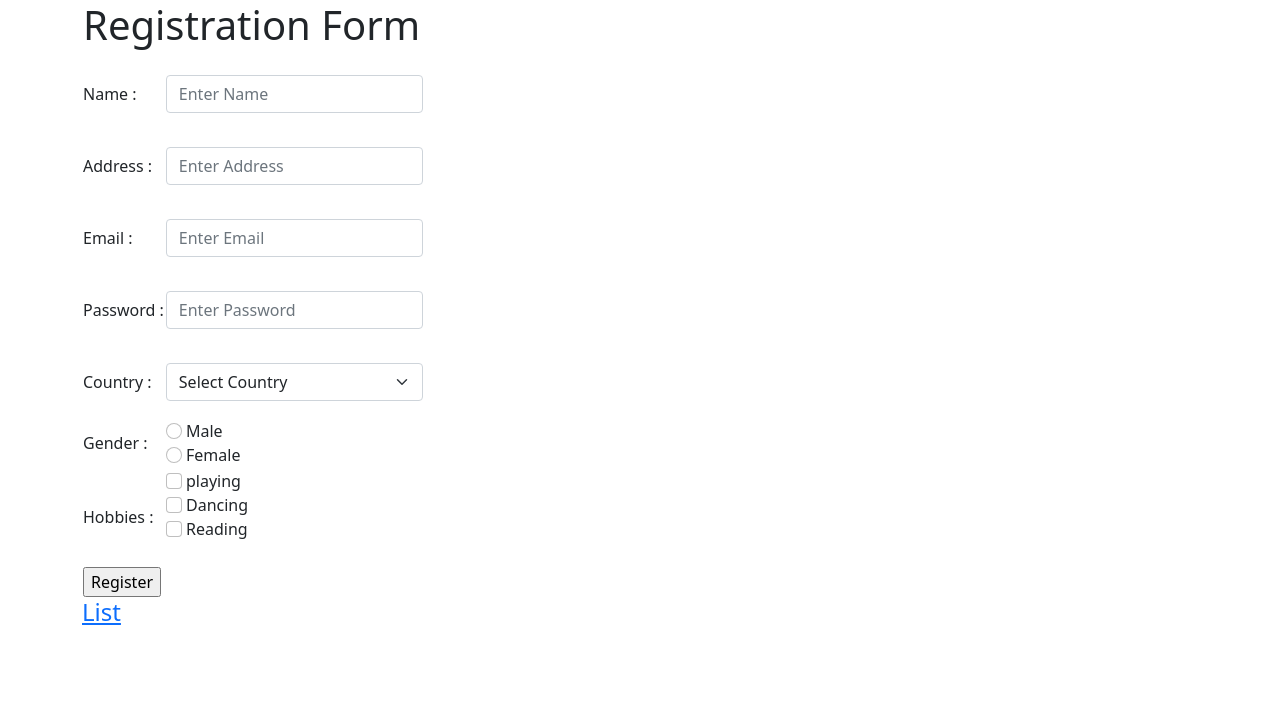
Repository: testuser85495/Java-Practical
Page: http://localhost/First_demo/
The author's editor kept a copy of each file at every save. The page is drawn from the files as they stood at one save, then again after the next save.
The browser window is 1280 px wide. The pictures show the whole page.
The page is served by Tomcat 9.

Above is the page before, as saved 2024-07-23 13:29:29.

After the next save:
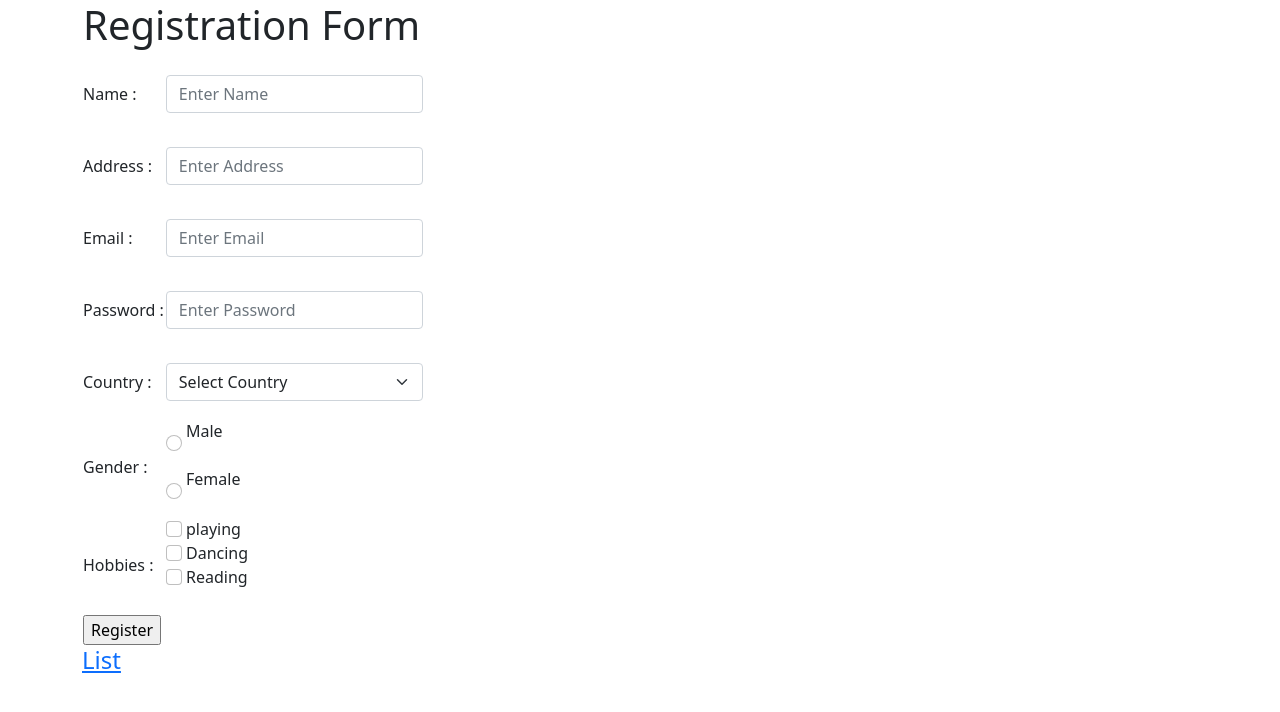
Saved 23 s later.
--- a/First_demo/src/main/webapp/index.jsp
+++ b/First_demo/src/main/webapp/index.jsp
@@ -69,8 +69,8 @@
 
 				<tr>
 					<td><label>Gender : </label></td>
-					<td><input type="radio" name="gender" value="male" class="form-check-input ">
-						Male<br> <input type="radio" name="gender" value="female" class="form-check-input">
+					<td><input type="radio" name="gender" value="male" class="form-check-input my-3">
+						Male<br> <input type="radio" name="gender" value="female" class="form-check-input my-3">
 						Female<br></td>
 				</tr>
 

After the save that followed:
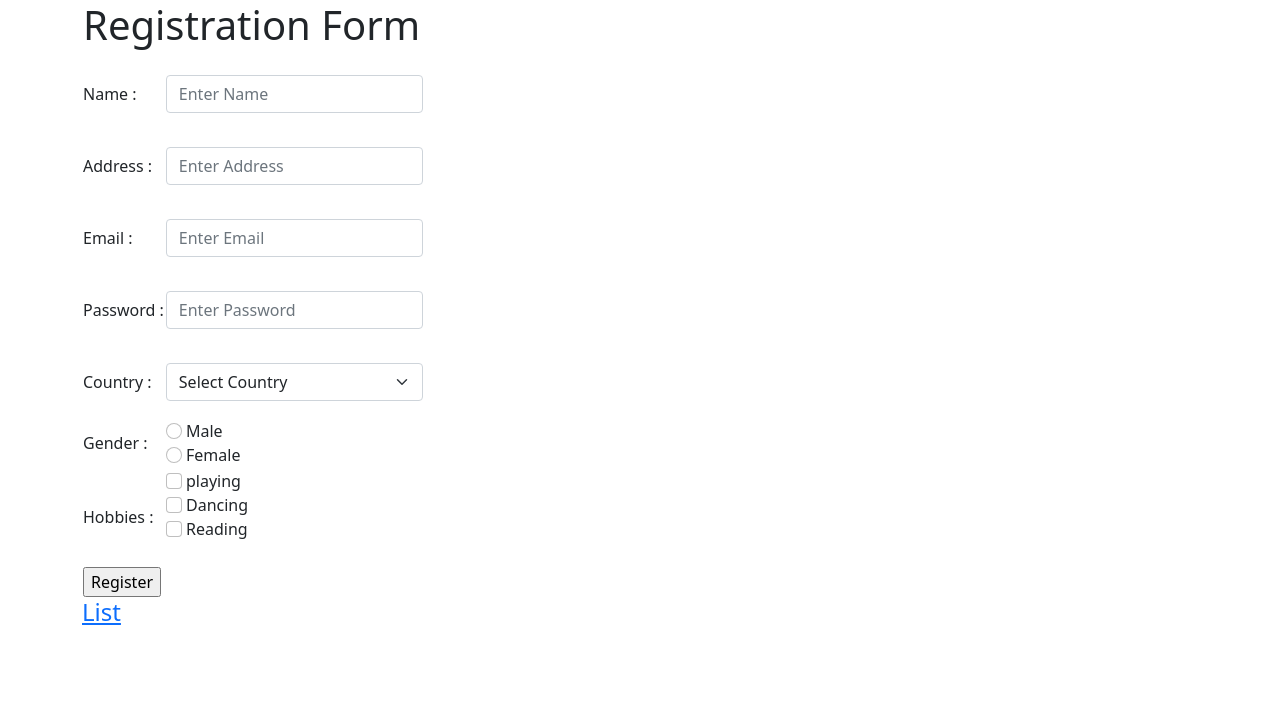
Saved 8 s later.
--- a/First_demo/src/main/webapp/index.jsp
+++ b/First_demo/src/main/webapp/index.jsp
@@ -69,8 +69,8 @@
 
 				<tr>
 					<td><label>Gender : </label></td>
-					<td><input type="radio" name="gender" value="male" class="form-check-input my-3">
-						Male<br> <input type="radio" name="gender" value="female" class="form-check-input my-3">
+					<td><input type="radio" name="gender" value="male" class="form-check-input">
+						Male<br> <input type="radio" name="gender" value="female" class="form-check-input">
 						Female<br></td>
 				</tr>
 
